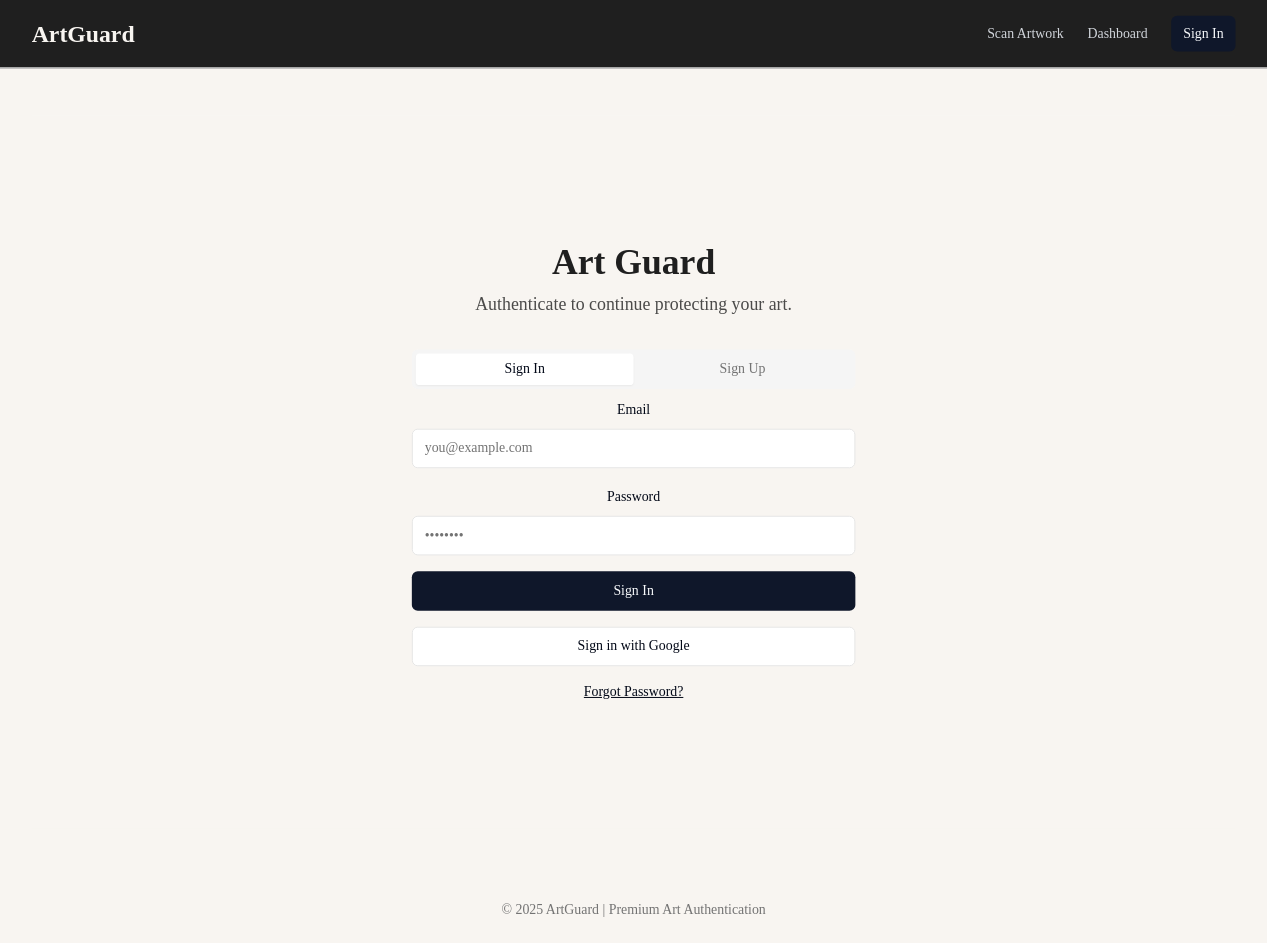
Repository: Arunkumar158/artguard
Page: /auth
An editor plug-in stored every save of this project. The page is shown before and after the next save, followed by the edit.
The browser window is 1280 px wide. The pictures show the whole page, at 99% of full size.
The page's requests for data from a server got no answer. The project was rebuilt for these pictures with package versions that can differ from the ones it lists, and the page was loaded fresh each time. No one was signed in, and anything a server would have sent is missing. Also part of the build but not shown: vite.config.ts, src/components/ui/card.tsx, src/components/ui/badge.tsx, src/pages/Dashboard.tsx, src/components/ImageUploader.tsx, src/components/ScanButton.tsx, src/components/ui/progress.tsx, src/components/ResultDisplay.tsx and 3 more.

Above is the page before, as saved 2025-06-23 10:18:09.

### index.html
<!DOCTYPE html>
<html lang="en">
  <head>
    <meta charset="UTF-8" />
    <meta name="viewport" content="width=device-width, initial-scale=1.0" />
    <title>art-sense-scan-reveal</title>
    <meta name="description" content="Lovable Generated Project" />
    <meta name="author" content="Lovable" />

    <meta property="og:title" content="art-sense-scan-reveal" />
    <meta property="og:description" content="Lovable Generated Project" />
    <meta property="og:type" content="website" />
    <meta property="og:image" content="https://lovable.dev/opengraph-image-p98pqg.png" />

    <meta name="twitter:card" content="summary_large_image" />
    <meta name="twitter:site" content="@lovable_dev" />
    <meta name="twitter:image" content="https://lovable.dev/opengraph-image-p98pqg.png" />
  </head>

  <body>
    <div id="root"></div>
    <!-- IMPORTANT: DO NOT REMOVE THIS SCRIPT TAG OR THIS VERY COMMENT! -->
    <script src="https://cdn.gpteng.co/gptengineer.js" type="module"></script>
    <script type="module" src="/src/main.tsx"></script>
  </body>
</html>

### src/App.tsx
import { useEffect, useState } from "react";
import {
  BrowserRouter as Router,
  Routes,
  Route,
  Navigate,
} from "react-router-dom";
import { Session } from "@supabase/supabase-js";
import { supabase } from "@/lib/supabaseClient";
import AuthPage from "./pages/Auth";
import Dashboard from "./pages/Dashboard";
import Index from "./pages/Index";
import NotFound from "./pages/NotFound";
import { Toaster } from "./components/ui/toaster";
import { MainLayout } from "./components/MainLayout";

function App() {
  const [session, setSession] = useState<Session | null>(null);

  useEffect(() => {
    supabase.auth.getSession().then(({ data: { session } }) => {
      setSession(session);
    });

    const {
      data: { subscription },
    } = supabase.auth.onAuthStateChange((_event, session) => {
      setSession(session);
    });

    return () => subscription.unsubscribe();
  }, []);

  return (
    <Router>
      <MainLayout session={session}>
        <Routes>
          <Route path="/" element={<Index />} />
          <Route path="/auth" element={<AuthPage />} />
          <Route
            path="/dashboard"
            element={
              <ProtectedRoute session={session}>
                <Dashboard session={session} />
              </ProtectedRoute>
            }
          />
          <Route path="*" element={<NotFound />} />
        </Routes>
        <Toaster />
      </MainLayout>
    </Router>
  );
}

function ProtectedRoute({
  session,
  children,
}: {
  session: Session | null;
  children: React.ReactNode;
}) {
  if (!session) {
    return <Navigate to="/auth" replace />;
  }

  return <>{children}</>;
}

export default App;

### src/index.css
@import url('https://fonts.googleapis.com/css2?family=Inter:wght@400;500;600;700&family=Playfair+Display:wght@700&display=swap');

@tailwind base;
@tailwind components;
@tailwind utilities;

@layer base {
  :root {
    --background: 0 0% 100%;
    --foreground: 222.2 84% 4.9%;

    /* Art Guard Brand Colors */
    --brand-background: 36 33% 96%; /* #F9F6F2 */
    --brand-primary: 44 74% 61%;   /* #E2B855 */
    --brand-text: 0 0% 12%;       /* #1E1E1E */

    --card: 0 0% 100%;
    --card-foreground: 222.2 84% 4.9%;

    --popover: 38 50% 98%;
    --popover-foreground: 0 0% 11.8%;

    --primary: 222.2 47.4% 11.2%;
    --primary-foreground: 210 40% 98%;

    --secondary: 210 40% 96.1%;
    --secondary-foreground: 0 0% 9%;

    --muted: 0 0% 96.1%;
    --muted-foreground: 0 0% 45.1%;

    --accent: 0 0% 96.1%;
    --accent-foreground: 0 0% 9%;

    --destructive: 0 84.2% 60.2%;
    --destructive-foreground: 0 0% 98%;

    --border: 0 0% 90%;
    --input: 0 0% 90%;
    --ring: 45 74% 61%; /* Deep Ochre Gold for focus rings */

    --radius: 0.5rem;
  }

  .dark {
    --background: 222.2 84% 4.9%;
    --foreground: 210 40% 98%;

    /* Art Guard Brand Colors */
    --brand-background: 36 33% 96%; /* #F9F6F2 */
    --brand-primary: 44 74% 61%;   /* #E2B855 */
    --brand-text: 0 0% 12%;       /* #1E1E1E */

    --card: 222.2 84% 4.9%;
    --card-foreground: 210 40% 98%;

    --popover: 0 0% 11.8%;
    --popover-foreground: 38 50% 98%;

    --primary: 210 40% 98%;
    --primary-foreground: 222.2 47.4% 11.2%;

    --secondary: 217.2 32.6% 17.5%;
    --secondary-foreground: 0 0% 98%;

    --muted: 0 0% 17.5%;
    --muted-foreground: 0 0% 65.1%;

    --accent: 0 0% 17.5%;
    --accent-foreground: 0 0% 98%;

    --destructive: 0 62.8% 30.6%;
    --destructive-foreground: 0 0% 98%;

    --border: 0 0% 25%;
    --input: 0 0% 25%;
    --ring: 45 74% 61%;
  }
}

@layer base {
  * {
    @apply border-border;
  }

  body {
    @apply bg-background text-foreground font-sans;
  }

  h1, h2, h3, h4, h5, h6 {
    @apply font-serif;
  }
}

/* Additional keyframes for animations */
@keyframes fade-in {
  from {
    opacity: 0;
    transform: translateY(10px);
  }
  to {
    opacity: 1;
    transform: translateY(0);
  }
}

@layer utilities {
  .animate-fade-in {
    animation: fade-in 0.4s ease-out forwards;
  }
}

### src/lib/supabaseClient.ts
import { createClient } from '@supabase/supabase-js'

const supabaseUrl = import.meta.env.VITE_SUPABASE_URL
const supabaseAnonKey = import.meta.env.VITE_SUPABASE_ANON_KEY

if (!supabaseUrl || !supabaseAnonKey) {
  throw new Error('Supabase URL and Anon Key are required.')
}

export const supabase = createClient(supabaseUrl, supabaseAnonKey)

### src/pages/Auth.tsx
import { AuthForm } from "@/components/auth/AuthForm";

export default function AuthPage() {
  return (
    <div className="flex min-h-screen w-full items-center justify-center bg-brand-background px-4">
      <div className="w-full max-w-md space-y-8 text-center">
        <header>
          <h1 className="font-serif text-4xl font-bold text-brand-text">
            Art Guard
          </h1>
          <p className="mt-2 text-lg text-brand-text/80">
            Authenticate to continue protecting your art.
          </p>
        </header>
        <AuthForm />
      </div>
    </div>
  );
}

### src/components/ui/toaster.tsx
import { useToast } from "@/hooks/use-toast"
import {
  Toast,
  ToastClose,
  ToastDescription,
  ToastProvider,
  ToastTitle,
  ToastViewport,
} from "@/components/ui/toast"

export function Toaster() {
  const { toasts } = useToast()

  return (
    <ToastProvider>
      {toasts.map(function ({ id, title, description, action, ...props }) {
        return (
          <Toast key={id} {...props}>
            <div className="grid gap-1">
              {title && <ToastTitle>{title}</ToastTitle>}
              {description && (
                <ToastDescription>{description}</ToastDescription>
              )}
            </div>
            {action}
            <ToastClose />
          </Toast>
        )
      })}
      <ToastViewport />
    </ToastProvider>
  )
}

### src/components/auth/AuthForm.tsx
import { useState } from "react";
import { useForm } from "react-hook-form";
import { zodResolver } from "@hookform/resolvers/zod";
import { z } from "zod";
import { Button } from "@/components/ui/button";
import {
  Form,
  FormControl,
  FormField,
  FormItem,
  FormLabel,
  FormMessage,
} from "@/components/ui/form";
import { Input } from "@/components/ui/input";
import { Tabs, TabsContent, TabsList, TabsTrigger } from "@/components/ui/tabs";
import { supabase } from "@/lib/supabaseClient";
import { useToast } from "@/components/ui/use-toast";
import { useNavigate } from "react-router-dom";

const formSchema = z.object({
  email: z.string().email({ message: "Invalid email address." }),
  password: z
    .string()
    .min(6, { message: "Password must be at least 6 characters." }),
});

export function AuthForm() {
  const [isSubmitting, setIsSubmitting] = useState(false);
  const { toast } = useToast();
  const navigate = useNavigate();
  const form = useForm<z.infer<typeof formSchema>>({
    resolver: zodResolver(formSchema),
    defaultValues: {
      email: "",
      password: "",
    },
  });

  async function handleSignIn(values: z.infer<typeof formSchema>) {
    setIsSubmitting(true);
    const { error } = await supabase.auth.signInWithPassword(values);
    if (error) {
      toast({
        title: "Error signing in",
        description: error.message,
        variant: "destructive",
      });
    } else {
      toast({
        title: "Signed in successfully",
      });
      navigate("/dashboard");
    }
    setIsSubmitting(false);
  }

  async function handleSignUp(values: z.infer<typeof formSchema>) {
    setIsSubmitting(true);
    const { error } = await supabase.auth.signUp(values);
    if (error) {
      toast({
        title: "Error signing up",
        description: error.message,
        variant: "destructive",
      });
    } else {
      toast({
        title: "Signed up successfully",
        description: "Please check your email to verify your account.",
      });
      navigate("/dashboard");
    }
    setIsSubmitting(false);
  }

  async function handleGoogleSignIn() {
    setIsSubmitting(true);
    await supabase.auth.signInWithOAuth({
      provider: "google",
    });
    setIsSubmitting(false);
  }

  return (
    <Tabs defaultValue="signin" className="w-full">
      <TabsList className="grid w-full grid-cols-2">
        <TabsTrigger value="signin">Sign In</TabsTrigger>
        <TabsTrigger value="signup">Sign Up</TabsTrigger>
      </TabsList>
      <TabsContent value="signin">
        <Form {...form}>
          <form onSubmit={form.handleSubmit(handleSignIn)} className="space-y-4">
            <FormField
              control={form.control}
              name="email"
              render={({ field }) => (
                <FormItem>
                  <FormLabel>Email</FormLabel>
                  <FormControl>
                    <Input placeholder="you@example.com" {...field} />
                  </FormControl>
                  <FormMessage />
                </FormItem>
              )}
            />
            <FormField
              control={form.control}
              name="password"
              render={({ field }) => (
                <FormItem>
                  <FormLabel>Password</FormLabel>
                  <FormControl>
                    <Input type="password" placeholder="••••••••" {...field} />
                  </FormControl>
                  <FormMessage />
                </FormItem>
              )}
            />
            <Button type="submit" className="w-full" disabled={isSubmitting}>
              {isSubmitting ? "Signing In..." : "Sign In"}
            </Button>
          </form>
        </Form>
      </TabsContent>
      <TabsContent value="signup">
        <Form {...form}>
          <form onSubmit={form.handleSubmit(handleSignUp)} className="space-y-4">
            <FormField
              control={form.control}
              name="email"
              render={({ field }) => (
                <FormItem>
                  <FormLabel>Email</FormLabel>
                  <FormControl>
                    <Input placeholder="you@example.com" {...field} />
                  </FormControl>
                  <FormMessage />
                </FormItem>
              )}
            />
            <FormField
              control={form.control}
              name="password"
              render={({ field }) => (
                <FormItem>
                  <FormLabel>Password</FormLabel>
                  <FormControl>
                    <Input type="password" placeholder="••••••••" {...field} />
                  </FormControl>
                  <FormMessage />
                </FormItem>
              )}
            />
            <Button type="submit" className="w-full" disabled={isSubmitting}>
              {isSubmitting ? "Signing Up..." : "Sign Up"}
            </Button>
          </form>
        </Form>
      </TabsContent>
      <div className="mt-4 space-y-4">
        <Button
          variant="outline"
          className="w-full"
          onClick={handleGoogleSignIn}
          disabled={isSubmitting}
        >
          {isSubmitting ? "Redirecting..." : "Sign in with Google"}
        </Button>
        <div className="text-center text-sm">
          <a href="#" className="underline">
            Forgot Password?
          </a>
        </div>
      </div>
    </Tabs>
  );
}

### src/components/ui/button.tsx
import * as React from "react"
import { Slot } from "@radix-ui/react-slot"
import { cva, type VariantProps } from "class-variance-authority"

import { cn } from "@/lib/utils"

const buttonVariants = cva(
  "inline-flex items-center justify-center gap-2 whitespace-nowrap rounded-md text-sm font-medium ring-offset-background transition-colors focus-visible:outline-none focus-visible:ring-2 focus-visible:ring-ring focus-visible:ring-offset-2 disabled:pointer-events-none disabled:opacity-50 [&_svg]:pointer-events-none [&_svg]:size-4 [&_svg]:shrink-0",
  {
    variants: {
      variant: {
        default: "bg-primary text-primary-foreground hover:bg-primary/90",
        destructive:
          "bg-destructive text-destructive-foreground hover:bg-destructive/90",
        outline:
          "border border-input bg-background hover:bg-accent hover:text-accent-foreground",
        secondary:
          "bg-secondary text-secondary-foreground hover:bg-secondary/80",
        ghost: "hover:bg-accent hover:text-accent-foreground",
        link: "text-primary underline-offset-4 hover:underline",
      },
      size: {
        default: "h-10 px-4 py-2",
        sm: "h-9 rounded-md px-3",
        lg: "h-11 rounded-md px-8",
        icon: "h-10 w-10",
      },
    },
    defaultVariants: {
      variant: "default",
      size: "default",
    },
  }
)

export interface ButtonProps
  extends React.ButtonHTMLAttributes<HTMLButtonElement>,
    VariantProps<typeof buttonVariants> {
  asChild?: boolean
}

const Button = React.forwardRef<HTMLButtonElement, ButtonProps>(
  ({ className, variant, size, asChild = false, ...props }, ref) => {
    const Comp = asChild ? Slot : "button"
    return (
      <Comp
        className={cn(buttonVariants({ variant, size, className }))}
        ref={ref}
        {...props}
      />
    )
  }
)
Button.displayName = "Button"

export { Button, buttonVariants }

### src/components/ui/input.tsx
import * as React from "react"

import { cn } from "@/lib/utils"

const Input = React.forwardRef<HTMLInputElement, React.ComponentProps<"input">>(
  ({ className, type, ...props }, ref) => {
    return (
      <input
        type={type}
        className={cn(
          "flex h-10 w-full rounded-md border border-input bg-background px-3 py-2 text-base ring-offset-background file:border-0 file:bg-transparent file:text-sm file:font-medium file:text-foreground placeholder:text-muted-foreground focus-visible:outline-none focus-visible:ring-2 focus-visible:ring-ring focus-visible:ring-offset-2 disabled:cursor-not-allowed disabled:opacity-50 md:text-sm",
          className
        )}
        ref={ref}
        {...props}
      />
    )
  }
)
Input.displayName = "Input"

export { Input }

### src/components/ui/tabs.tsx
import * as React from "react"
import * as TabsPrimitive from "@radix-ui/react-tabs"

import { cn } from "@/lib/utils"

const Tabs = TabsPrimitive.Root

const TabsList = React.forwardRef<
  React.ElementRef<typeof TabsPrimitive.List>,
  React.ComponentPropsWithoutRef<typeof TabsPrimitive.List>
>(({ className, ...props }, ref) => (
  <TabsPrimitive.List
    ref={ref}
    className={cn(
      "inline-flex h-10 items-center justify-center rounded-md bg-muted p-1 text-muted-foreground",
      className
    )}
    {...props}
  />
))
TabsList.displayName = TabsPrimitive.List.displayName

const TabsTrigger = React.forwardRef<
  React.ElementRef<typeof TabsPrimitive.Trigger>,
  React.ComponentPropsWithoutRef<typeof TabsPrimitive.Trigger>
>(({ className, ...props }, ref) => (
  <TabsPrimitive.Trigger
    ref={ref}
    className={cn(
      "inline-flex items-center justify-center whitespace-nowrap rounded-sm px-3 py-1.5 text-sm font-medium ring-offset-background transition-all focus-visible:outline-none focus-visible:ring-2 focus-visible:ring-ring focus-visible:ring-offset-2 disabled:pointer-events-none disabled:opacity-50 data-[state=active]:bg-background data-[state=active]:text-foreground data-[state=active]:shadow-sm",
      className
    )}
    {...props}
  />
))
TabsTrigger.displayName = TabsPrimitive.Trigger.displayName

const TabsContent = React.forwardRef<
  React.ElementRef<typeof TabsPrimitive.Content>,
  React.ComponentPropsWithoutRef<typeof TabsPrimitive.Content>
>(({ className, ...props }, ref) => (
  <TabsPrimitive.Content
    ref={ref}
    className={cn(
      "mt-2 ring-offset-background focus-visible:outline-none focus-visible:ring-2 focus-visible:ring-ring focus-visible:ring-offset-2",
      className
    )}
    {...props}
  />
))
TabsContent.displayName = TabsPrimitive.Content.displayName

export { Tabs, TabsList, TabsTrigger, TabsContent }

### src/components/ui/label.tsx
import * as React from "react"
import * as LabelPrimitive from "@radix-ui/react-label"
import { cva, type VariantProps } from "class-variance-authority"

import { cn } from "@/lib/utils"

const labelVariants = cva(
  "text-sm font-medium leading-none peer-disabled:cursor-not-allowed peer-disabled:opacity-70"
)

const Label = React.forwardRef<
  React.ElementRef<typeof LabelPrimitive.Root>,
  React.ComponentPropsWithoutRef<typeof LabelPrimitive.Root> &
    VariantProps<typeof labelVariants>
>(({ className, ...props }, ref) => (
  <LabelPrimitive.Root
    ref={ref}
    className={cn(labelVariants(), className)}
    {...props}
  />
))
Label.displayName = LabelPrimitive.Root.displayName

export { Label }

Loaded but not shown: src/main.tsx (common file); src/lib/utils.ts (common file); src/components/ui/use-toast.ts (common file); src/hooks/use-toast.ts (common file); src/components/ui/toast.tsx (127 lines, source omitted); src/components/ui/alert-dialog.tsx (139 lines, source omitted); src/components/ui/form.tsx (176 lines, source omitted); tailwind.config.ts (116 lines, source omitted); src/components/MainLayout.tsx (74 lines, source omitted)

After the next save:
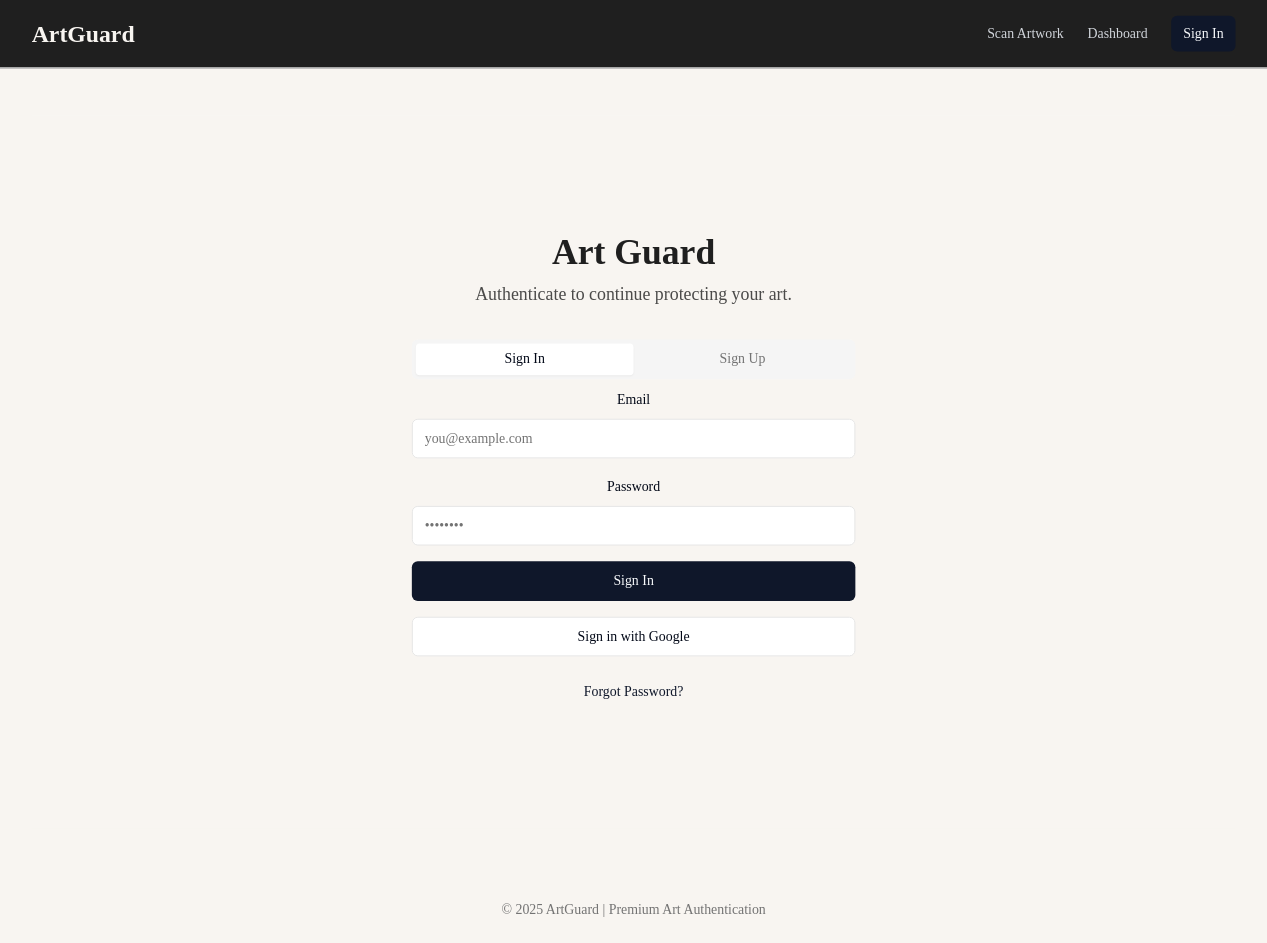
Saved 23 s later.
--- a/src/components/auth/AuthForm.tsx
+++ b/src/components/auth/AuthForm.tsx
@@ -16,6 +16,17 @@
 import { supabase } from "@/lib/supabaseClient";
 import { useToast } from "@/components/ui/use-toast";
 import { useNavigate } from "react-router-dom";
+import {
+  AlertDialog,
+  AlertDialogAction,
+  AlertDialogCancel,
+  AlertDialogContent,
+  AlertDialogDescription,
+  AlertDialogFooter,
+  AlertDialogHeader,
+  AlertDialogTitle,
+  AlertDialogTrigger,
+} from "@/components/ui/alert-dialog";
 
 const formSchema = z.object({
   email: z.string().email({ message: "Invalid email address." }),
@@ -24,10 +35,16 @@
     .min(6, { message: "Password must be at least 6 characters." }),
 });
 
+const forgotPasswordSchema = z.object({
+  email: z.string().email({ message: "Invalid email address." }),
+});
+
 export function AuthForm() {
   const [isSubmitting, setIsSubmitting] = useState(false);
   const { toast } = useToast();
   const navigate = useNavigate();
+  const [isForgotPassword, setIsForgotPassword] = useState(false);
+
   const form = useForm<z.infer<typeof formSchema>>({
     resolver: zodResolver(formSchema),
     defaultValues: {
@@ -36,6 +53,13 @@
     },
   });
 
+  const forgotPasswordForm = useForm<z.infer<typeof forgotPasswordSchema>>({
+    resolver: zodResolver(forgotPasswordSchema),
+    defaultValues: {
+      email: "",
+    },
+  });
+
   async function handleSignIn(values: z.infer<typeof formSchema>) {
     setIsSubmitting(true);
     const { error } = await supabase.auth.signInWithPassword(values);
@@ -78,6 +102,29 @@
     await supabase.auth.signInWithOAuth({
       provider: "google",
     });
+    setIsSubmitting(false);
+  }
+
+  async function handleForgotPassword(
+    values: z.infer<typeof forgotPasswordSchema>
+  ) {
+    setIsSubmitting(true);
+    const { error } = await supabase.auth.resetPasswordForEmail(values.email, {
+      redirectTo: `${window.location.origin}/reset-password`,
+    });
+    if (error) {
+      toast({
+        title: "Error sending password reset email",
+        description: error.message,
+        variant: "destructive",
+      });
+    } else {
+      toast({
+        title: "Password reset email sent",
+        description: "Please check your email for a link to reset your password.",
+      });
+      setIsForgotPassword(false);
+    }
     setIsSubmitting(false);
   }
 
@@ -167,9 +214,48 @@
           {isSubmitting ? "Redirecting..." : "Sign in with Google"}
         </Button>
         <div className="text-center text-sm">
-          <a href="#" className="underline">
-            Forgot Password?
-          </a>
+          <AlertDialog open={isForgotPassword} onOpenChange={setIsForgotPassword}>
+            <AlertDialogTrigger asChild>
+              <Button variant="link" className="p-0">
+                Forgot Password?
+              </Button>
+            </AlertDialogTrigger>
+            <AlertDialogContent>
+              <AlertDialogHeader>
+                <AlertDialogTitle>Reset Password</AlertDialogTitle>
+                <AlertDialogDescription>
+                  Enter your email address and we'll send you a link to reset
+                  your password.
+                </AlertDialogDescription>
+              </AlertDialogHeader>
+              <Form {...forgotPasswordForm}>
+                <form
+                  onSubmit={forgotPasswordForm.handleSubmit(handleForgotPassword)}
+                  className="space-y-4"
+                >
+                  <FormField
+                    control={forgotPasswordForm.control}
+                    name="email"
+                    render={({ field }) => (
+                      <FormItem>
+                        <FormLabel>Email</FormLabel>
+                        <FormControl>
+                          <Input placeholder="you@example.com" {...field} />
+                        </FormControl>
+                        <FormMessage />
+                      </FormItem>
+                    )}
+                  />
+                  <AlertDialogFooter>
+                    <AlertDialogCancel>Cancel</AlertDialogCancel>
+                    <AlertDialogAction type="submit" disabled={isSubmitting}>
+                      {isSubmitting ? "Sending..." : "Send Reset Link"}
+                    </AlertDialogAction>
+                  </AlertDialogFooter>
+                </form>
+              </Form>
+            </AlertDialogContent>
+          </AlertDialog>
         </div>
       </div>
     </Tabs>
